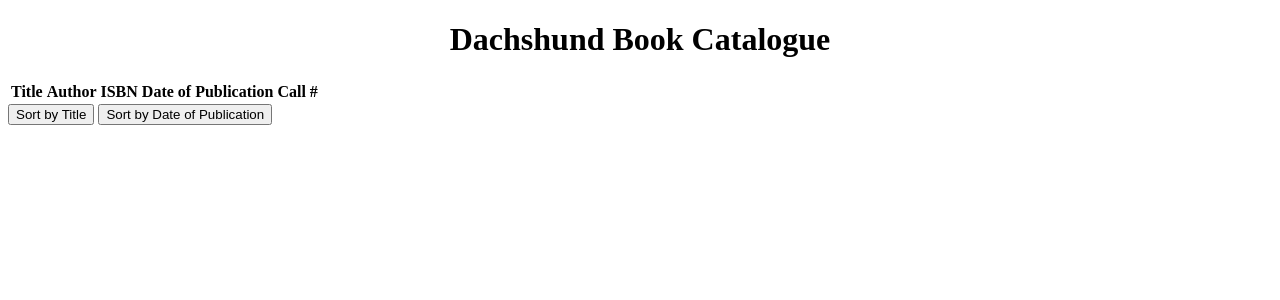
Repository: avega15/Library-Database
Page: http://localhost/main
These files come from the project's save history. The page is drawn as it stood at one moment and after the next save; the edit follows.
The browser window is 1280 px wide. The pictures show the whole page.
The page is this project's Thymeleaf template; nobody is signed in. The template is opened directly, without the code that normally fills it, so the values that code supplies are empty.

Above is the page before, as saved 2021-04-22 00:54:51.

### demo/src/main/resources/templates/main.html
<!DOCTYPE HTML>
<html xmlns:th="http://www.thymeleaf.org">
<head>
<title>Dachshund Book Catalogue</title>
<meta http-equiv="Content-Type" content="text/html; charset=UTF-8" />
</head>
<body>
	<h1 style="text-align:center">Dachshund Book Catalogue</h1>
	<table>
		<tr>
			<th onclick="window.location.href='titleSort';">Title</th>
			<th>Author</th>
			<th>ISBN</th>
			<th onclick="window.location.href='dateSort';">Date of
				Publication</th>
			<th>Call #</th>
		</tr>
		<tr th:each="bib, bibStat: ${bibs}">
			<td th:text="${bibStat.count + ' ' + bib.getTitle()}"></td>
			<td th:text="${bib.getAuthor()}"></td>
			<td th:text="${bib.getIsbn()}"></td>
			<td th:text="${bib.getDate_of_publication()}"></td>
			<td th:text="${bib.getCall_number()}"></td>
		</tr>
	</table>
	<button onclick="window.location.href='titleSort'">Sort by
		Title</button>
	<button onclick="window.location.href='dateSort'">Sort by Date
		of Publication</button>
</body>
</html>

After the next save:
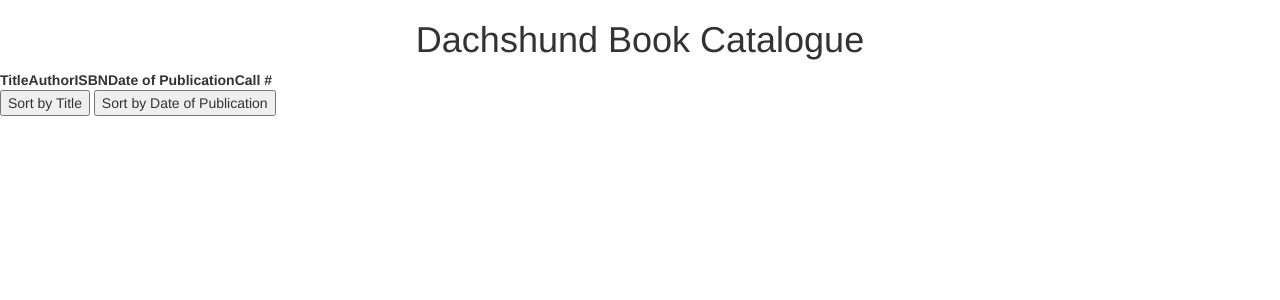
Saved 3 min 37 s later.
--- a/demo/src/main/resources/templates/main.html
+++ b/demo/src/main/resources/templates/main.html
@@ -3,6 +3,11 @@
 <head>
 <title>Dachshund Book Catalogue</title>
 <meta http-equiv="Content-Type" content="text/html; charset=UTF-8" />
+<link rel="stylesheet" href="https://maxcdn.bootstrapcdn.com/bootstrap/3.4.1/css/bootstrap.min.css">
+  <script src="https://ajax.googleapis.com/ajax/libs/jquery/3.5.1/jquery.min.js"></script>
+  <script src="https://maxcdn.bootstrapcdn.com/bootstrap/3.4.1/js/bootstrap.min.js"></script>
+
+
 </head>
 <body>
 	<h1 style="text-align:center">Dachshund Book Catalogue</h1>
